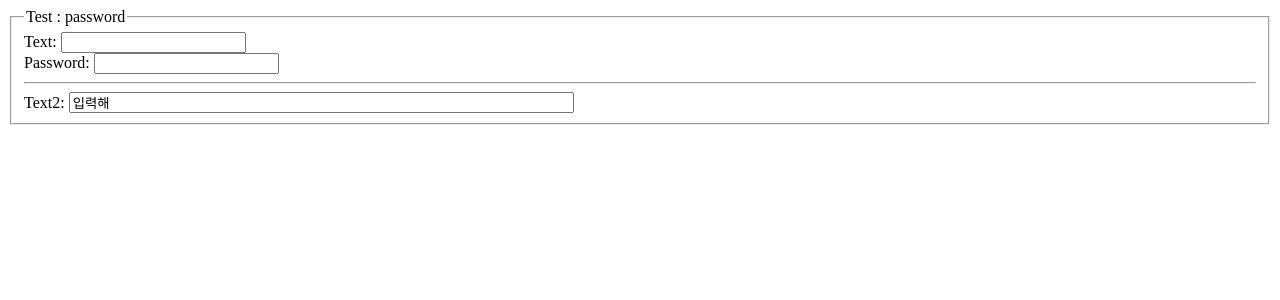
Repository: poomshen/team_03_project2
Page: WebBasic/WebContent/Ex18_Form_Input.html
These files come from the project's save history. The page is drawn as it stood at one moment and after the next save; the edit follows.
The browser window is 1280 px wide. The pictures show the whole page.

Above is the page before, as saved 2016-08-29 02:45:36.

After the next save:
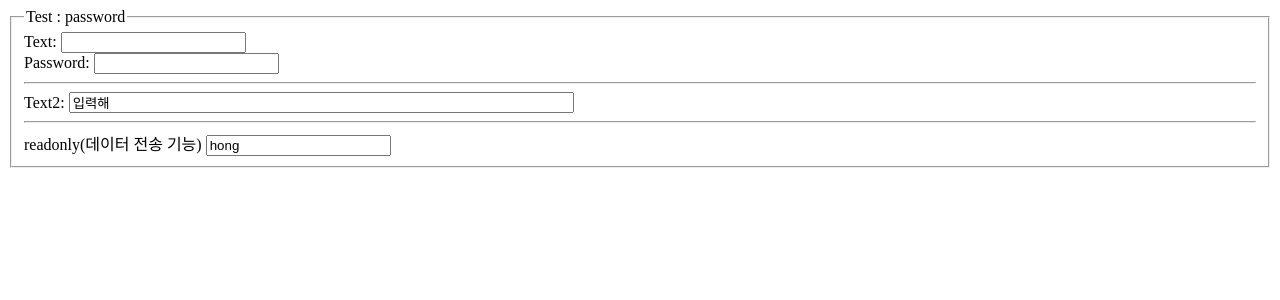
Saved 2 min 37 s later.
--- a/WebBasic/WebContent/Ex18_Form_Input.html
+++ b/WebBasic/WebContent/Ex18_Form_Input.html
@@ -12,7 +12,10 @@
 				Text: <input type="text" name="suerid"><br>
 				Password: <input type="password"  name="userpwd" maxlength="5"><br>
 				<hr>
-				Text2:  <input type="text" name="data" maxlength="10" size="60px" value="입력해">
+				Text2:  <input type="text" name="data" maxlength="10" size="60px" value="입력해"><br>
+				<hr>
+				readonly(데이터 전송 기능)
+				<input type="text" name ="data2" value="hong" readonly>
 		</fieldset>
 	</form>
 </body>
